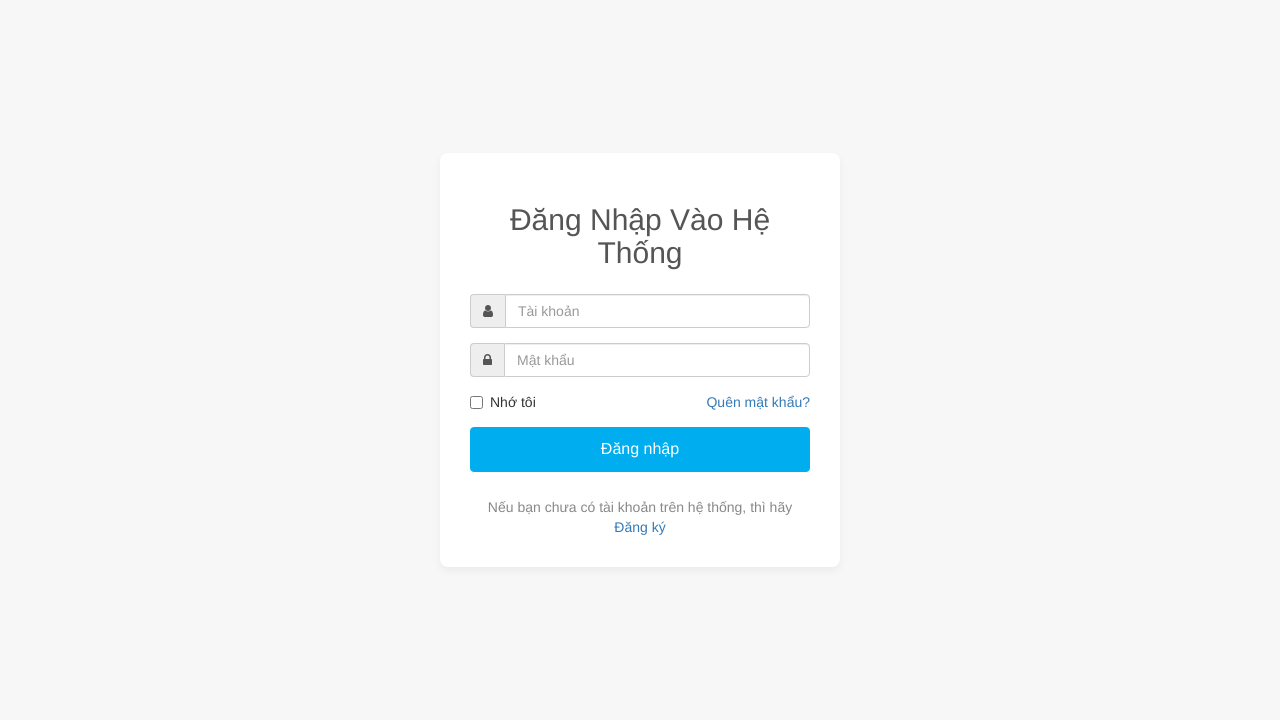
Repository: hoangnghia24/BaiTapLapTrinhWeb
Page: http://localhost/HelloWorld/views/Login.jsp
An editor plug-in stored every save of this project. The page is shown before and after the next save, followed by the edit.
The browser window is 1280 px wide. The pictures show the whole page.
The page is served by Tomcat 10.

Above is the page before, as saved 2025-11-12 11:15:50.

After the next save:
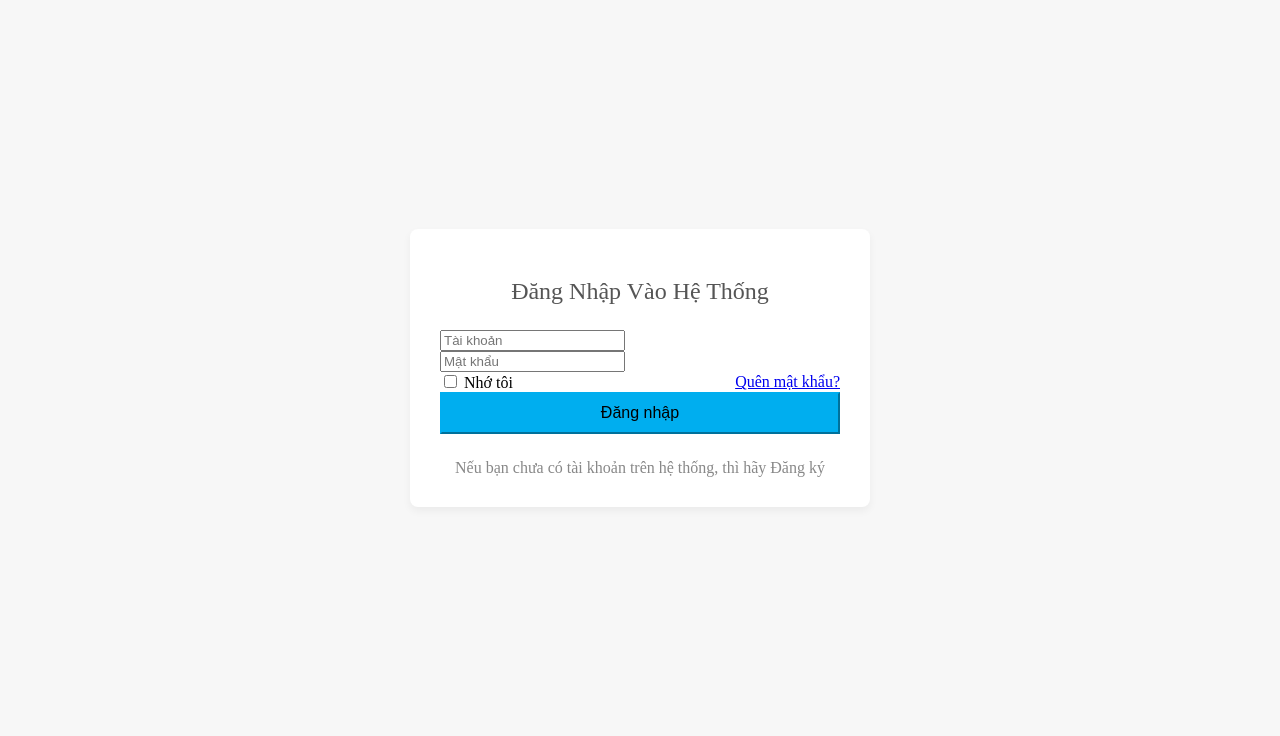
Saved 35 s later.
--- a/HelloWorld/src/main/webapp/views/Login.jsp
+++ b/HelloWorld/src/main/webapp/views/Login.jsp
@@ -8,12 +8,6 @@
 <head>
 <meta charset="UTF-8">
 <title>Đăng nhập hệ thống</title>
-
-<link rel="stylesheet"
-	href="https://maxcdn.bootstrapcdn.com/bootstrap/3.3.7/css/bootstrap.min.css">
-<link rel="stylesheet"
-	href="https://cdnjs.cloudflare.com/ajax/libs/font-awesome/4.7.0/css/font-awesome.min.css">
-
 <style>
 body {
 	background-color: #f7f7f7;

After the save that followed:
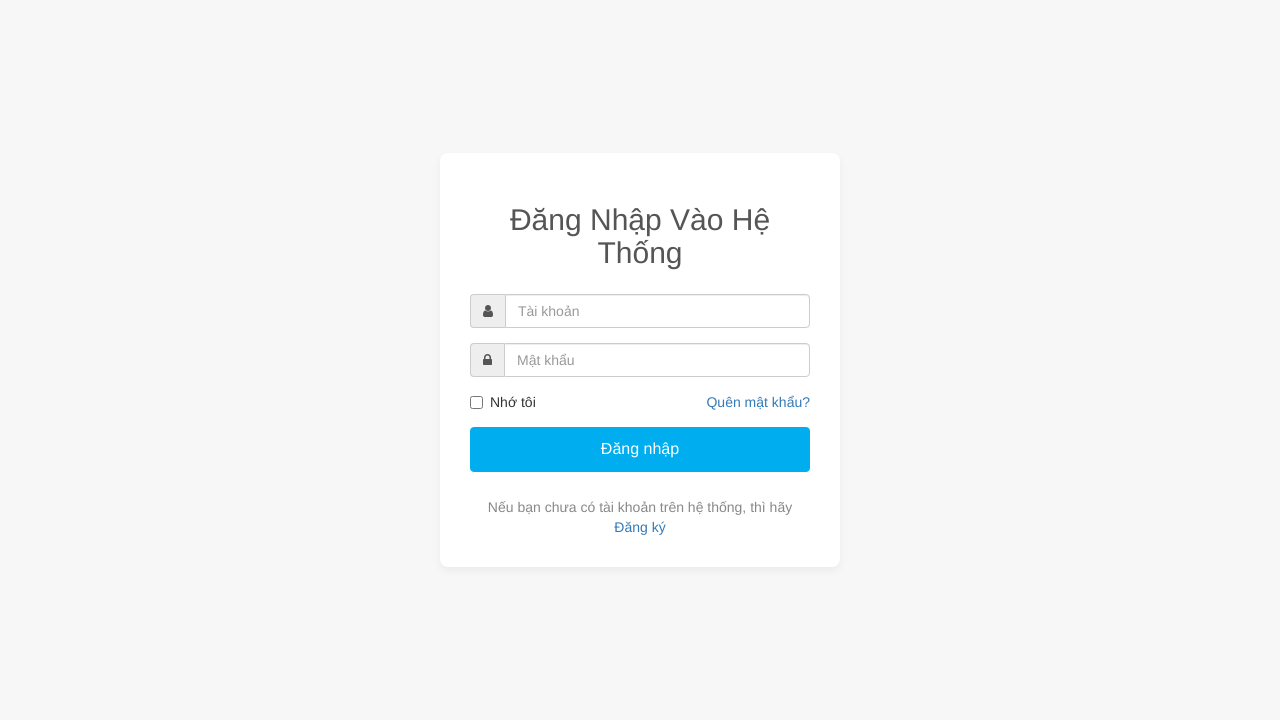
Saved 7 s later.
--- a/HelloWorld/src/main/webapp/views/Login.jsp
+++ b/HelloWorld/src/main/webapp/views/Login.jsp
@@ -8,6 +8,12 @@
 <head>
 <meta charset="UTF-8">
 <title>Đăng nhập hệ thống</title>
+
+<link rel="stylesheet"
+	href="https://maxcdn.bootstrapcdn.com/bootstrap/3.3.7/css/bootstrap.min.css">
+<link rel="stylesheet"
+	href="https://cdnjs.cloudflare.com/ajax/libs/font-awesome/4.7.0/css/font-awesome.min.css">
+
 <style>
 body {
 	background-color: #f7f7f7;
